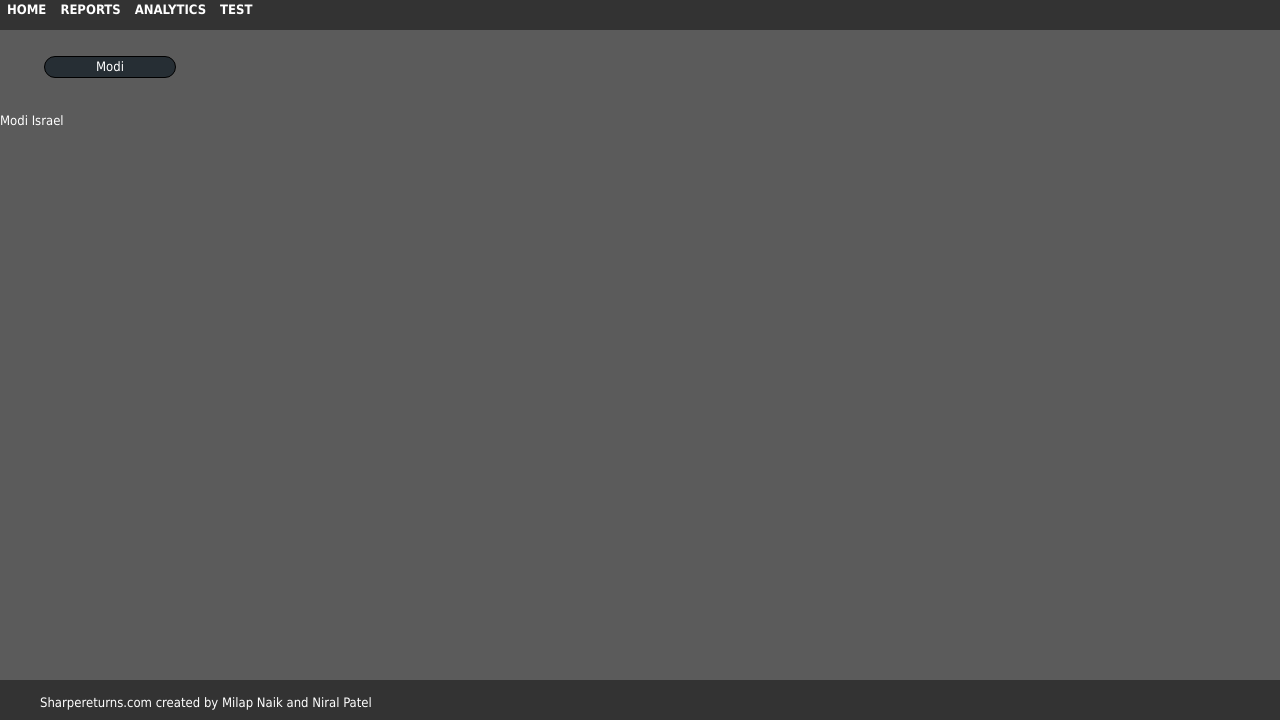
Repository: MilapNaik/Sharpereturns
Page: index.html
The author's editor kept a record of every edit. The page is drawn from the files as they stood at one moment, then again after the next edit.
The browser window is 1280 px wide. The pictures show the whole page.

Above is the page before.

### index.html
<!DOCTYPE html>
<html>
<head>
<meta charset="UTF-8">
<meta name="description" content="Finance Forum">
<meta name="keywords" content="Share Economy, India, Finance, Stocks,
								Analysis, Uber, Lyft, TaskRabbit">
<meta name="author" content="Milap Naik">

	<title>BSE Review</title>

	<link rel="stylesheet" type="text/css" href="style.css"/>

	<!--[if lt IE 9]>
  	<script src="http://html5shiv.googlecode.com/svn/trunk/html5.js"></script>
  	<![endif]-->
</head>
<body>
	<nav>
	<ul>
		<li><a href="/index">Home</a></li>
		<li><a href="/reports">Reports</a></li>
		<li><a href="/analytics">Analytics</a></li>
		<li><a href="/test">test</a></li>
	</ul>
	</nav>

	<br>
	<br>

	<section>
	<ul>
		<li><a href="/modi.php">Modi</a></li>
	</ul>
    </section>
    <br>
    <br>
    <br>
    <section id = "outer">
    	<section id = "outer">
    	Modi
    	Israel
    	</section>
    </section>
</body>
<footer>
	<p>Sharpereturns.com created by Milap Naik and Niral Patel</p>
</footer>
</html>

### style.css
header, footer, aside, nav, section, main, article, figure {
    display: block;
}

body {
    margin: 0;
    padding: 0;
    color: #FFFFFF;
    font-family: Tahoma, Geneva, sans-serif;
    font-size: 13px;
    line-height: 1.5em;
    background-color: #5b5b5b;/*#FEFEF3;*/

}

nav {
    background-color: #333;
    width: 100%;
    height: 30px;
    top: 0;
    position: fixed;
}
nav ul {
    list-style-type: none;
    margin: 0;
    padding: 0;
    overflow: hidden;
    width: 1000px;

}
nav ul li {
    list-style-type: none;
    display: inline;
    float: left;
}

nav a:link,
nav a:visited {
    /*display: block;*/
    width: 135px;
    font-weight: bold;
    color: #FFFFFF;
    background-color: #333;
    text-align: center;
    padding: 7px;
    text-decoration: none;
    text-transform: uppercase;
}

h3{ font-weight:bold; }
h5{ font-style: italic; }
p{ margin-left: 40px; }

#holders {
    /*Table in reports*/
    width:70%;
    margin-left:15%;
    margin-right:15%;
    }

section ul {
    list-style-type: none;
}

section ul li{
    list-style-type: none;

    float: left;
}

section a:link,
section a:visited {
    /*group of links in index & share*/
    display: block;
    width: 130px;
    color: #FFFFFF;
    background-color: #262e34;
    text-align: center;
    margin: 4px;
    border: 1px solid black;
    border-radius: 20px;
    text-decoration: none;
}
section a:hover {
    /*group of links in index & share*/
    display: block;
    width: 130px;
    color: #FFFFFF;
    background-color: brown;
    text-align: center;
    margin: 4px;
    border: 1px solid black;
    border-radius: 20px;
    text-decoration: none;
}
footer {
    background-color: #333;
    width: 100%;
    height: 40px;
    bottom: 0;
    position: fixed;
}

.date{
    position: absolute;
    right: 0px;
    bottom: 0px;
}

#sidebar{
    float: right;
    width: 25%;
    border-left: 1px solid black;
    padding: 5px;
}

After the next edit:
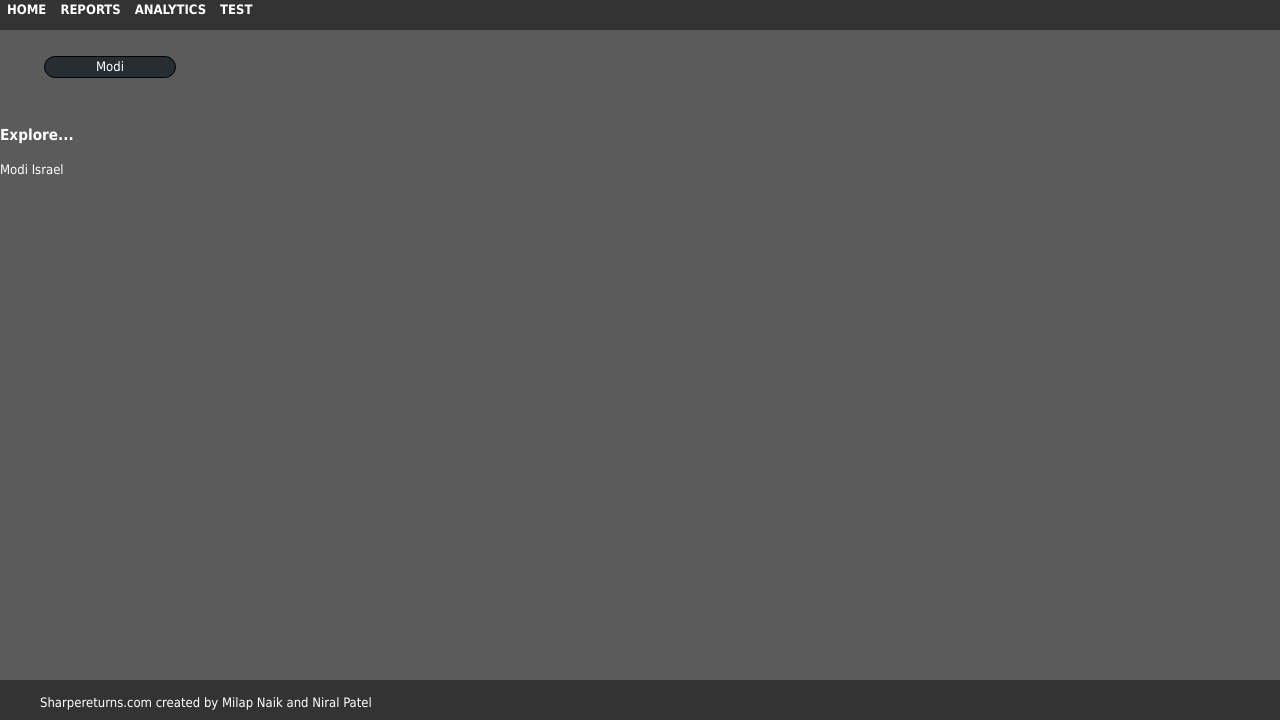
The edit:
--- a/index.html
+++ b/index.html
@@ -37,7 +37,10 @@
     <br>
     <br>
     <section id = "outer">
-    	<section id = "outer">
+    	<section id = "inner">
+    		<h1 id="title" id="center">
+    			Explore...
+    		</h1>
     	Modi
     	Israel
     	</section>
